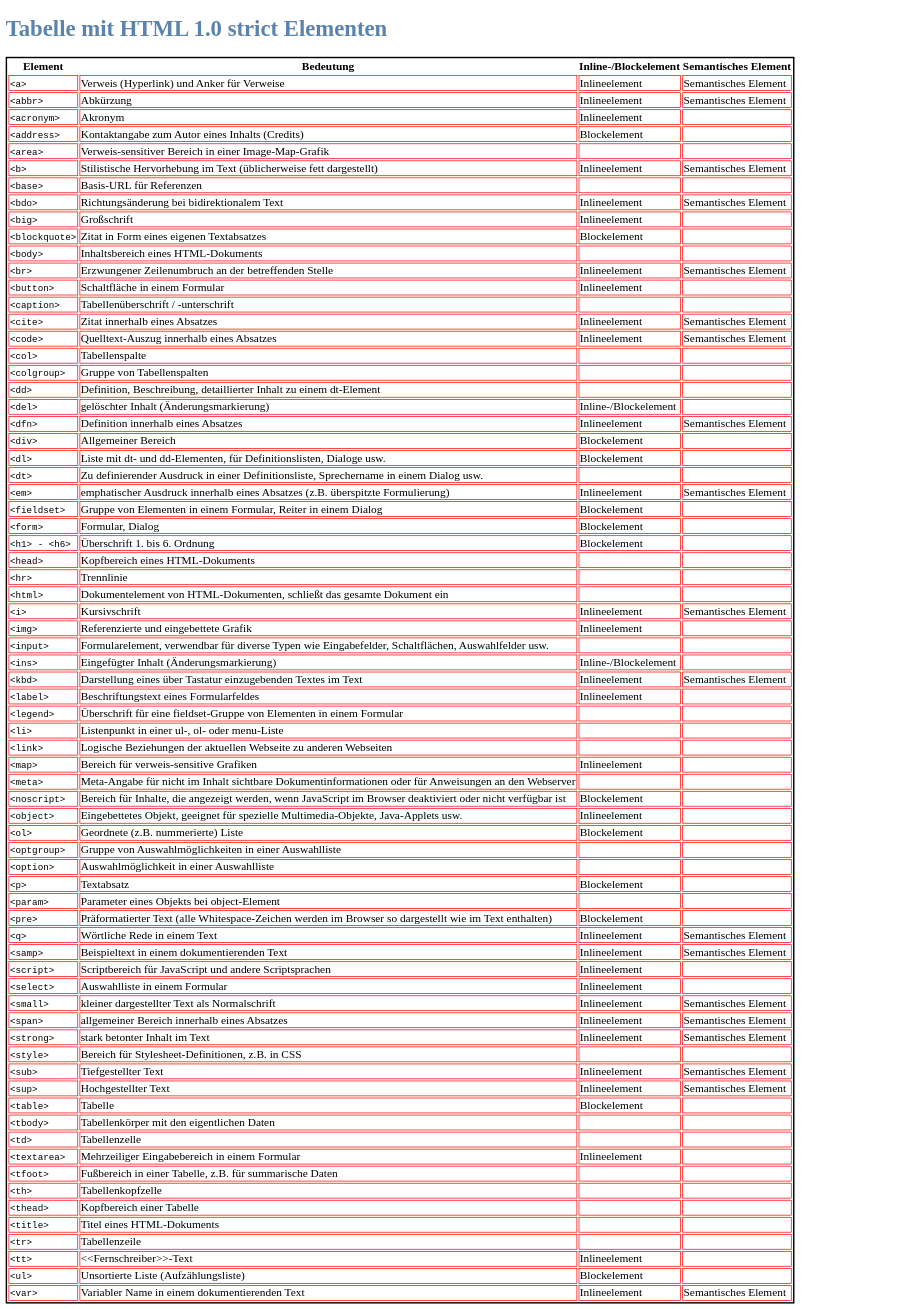
Repository: pLurchi/MyWebengineeringRepo
Page: RemoteSystemsTempFiles/HA-Kapitel06/WebContent/index.html
The author's editor kept a copy of each file at every save. The page is drawn from the files as they stood at one save, then again after the next save.
The browser window is 1280 px wide. The pictures show the whole page, at 71% of full size.

Above is the page before, as saved 2013-11-28 19:05:52.

After the next save:
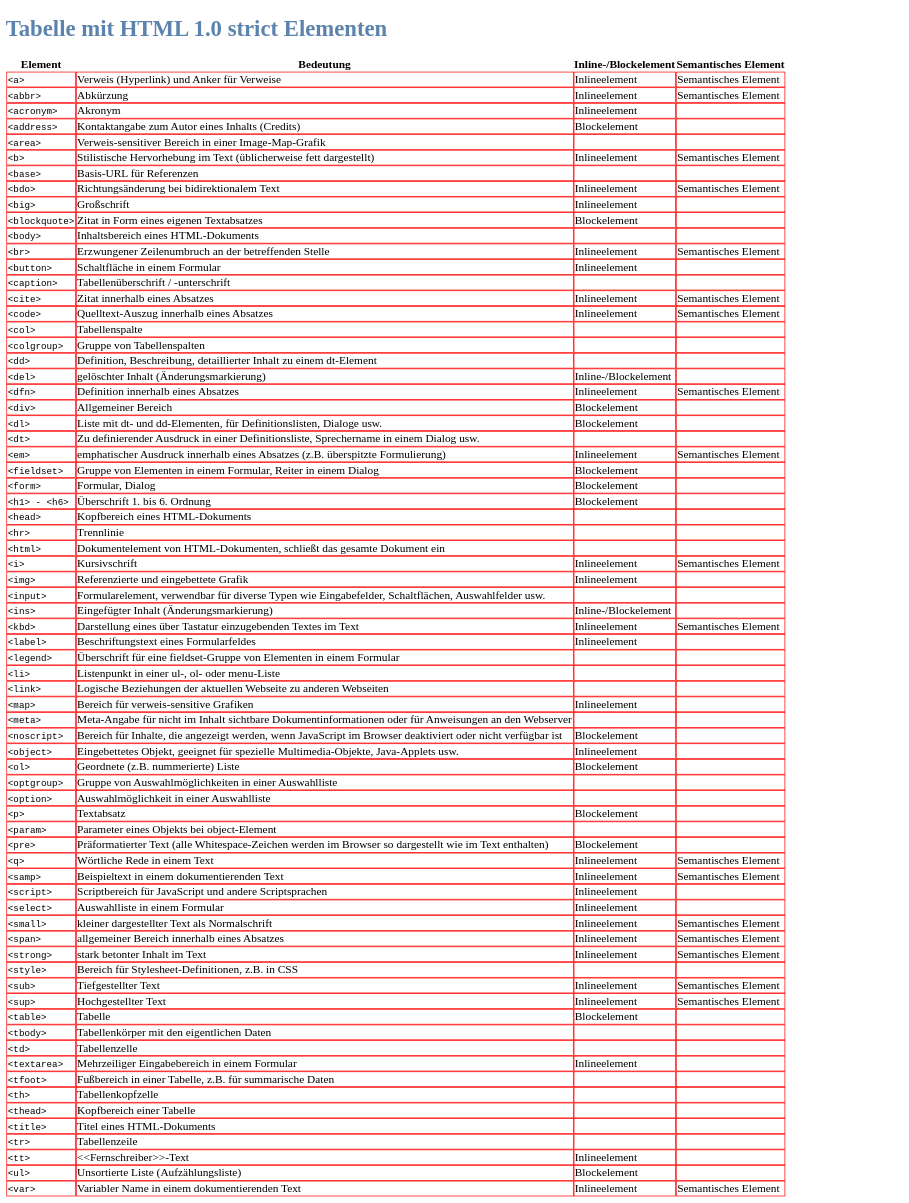
Saved 77 s later.
--- a/RemoteSystemsTempFiles/HA-Kapitel06/WebContent/CSS/stylesheet.css
+++ b/RemoteSystemsTempFiles/HA-Kapitel06/WebContent/CSS/stylesheet.css
@@ -9,13 +9,16 @@ h1 {
 }
 
 table {
-	border: 2px solid black;
+	border-width:1px;
+	border-style:solid;
+	border-spacing:0px;
+	border-color:#FFFFFF;
 }
 
 
 td {
 	border: 1px solid red;
-	text-align: top;
+	text-align: left;
 }
 
 th {
